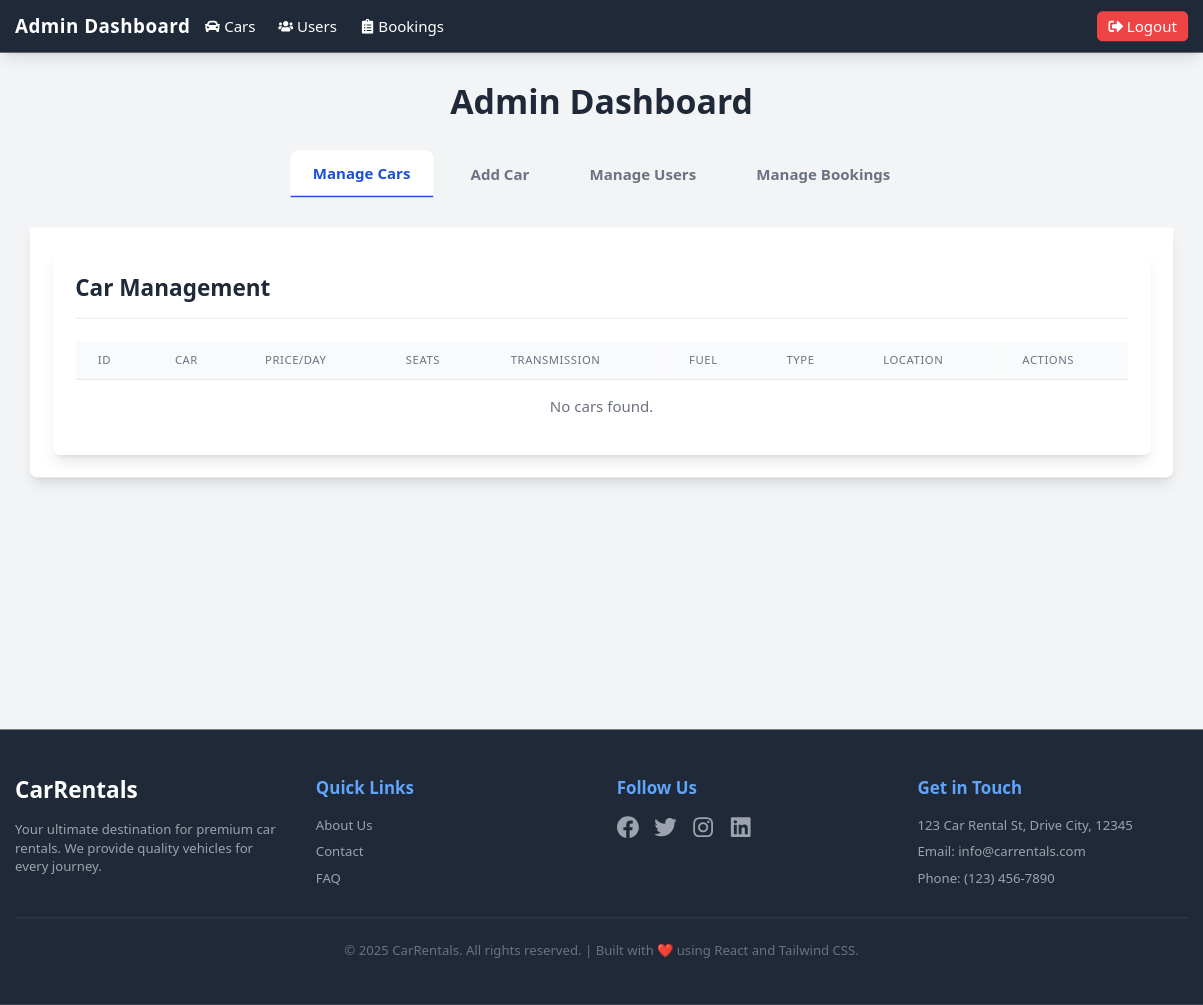
Repository: Daehy-peels/car-rental-app
Page: /admin (app in client/)
The author's editor kept a copy of each file at every save. The page is drawn from the files as they stood at one save, then again after the next save.
The browser window is 1280 px wide. The pictures show the whole page, at 94% of full size.
The page's requests for data from a server got no answer. The project was rebuilt for these pictures with package versions that can differ from the ones it lists, and the page was loaded fresh each time. No one was signed in, and anything a server would have sent is missing. Also part of the build but not shown: client/vite.config.js, client/src/components/Hero.jsx, client/src/components/CarCard.jsx, client/src/components/FeaturedCars.jsx, client/src/components/Testimonials.jsx, client/src/components/CallToAction.jsx, client/src/pages/HomePage.jsx, client/src/components/UserList.jsx and 14 more.

Above is the page before, as saved 2025-08-25 12:32:32.

### client/src/main.jsx
// src/main.jsx
import React from "react";
import ReactDOM from "react-dom/client";
import App from "./App.jsx";
import { BrowserRouter } from "react-router-dom";

ReactDOM.createRoot(document.getElementById("root")).render(
  <React.StrictMode>
    <BrowserRouter>
      <App />
    </BrowserRouter>
  </React.StrictMode>
);

### client/src/App.jsx
// src/App.jsx
import React, { useState } from "react";
import { Routes, Route, useLocation } from "react-router-dom";
import HomePage from "./pages/HomePage";
import AdminDashboard from "./pages/AdminDashboard";
import BookingPage from "./pages/BookingPage";
import CarsPage from "./pages/CarsPage";
import ProfilePage from "./pages/ProfilePage";
import BookingDetailPage from "./pages/BookingDetailPage";
import CarDetailPage from "./pages/CarDetailPage";
import Navbar from "./components/Navbar";
import AdminNavbar from "./components/AdminNavbar";
import Footer from "./components/Footer";
import Modal from "./components/Modal";
import LoginForm from "./components/LoginForm";
import RegisterForm from "./components/RegisterForm";
import mainCarImage from "./assets/hero.jpg";
import { ToastContainer } from "react-toastify";
import "react-toastify/dist/ReactToastify.css";
import "./index.css";

function App() {
  const [showAuthModal, setShowAuthModal] = useState(false);
  const [isLoginView, setIsLoginView] = useState(true);
  const [currentUser, setCurrentUser] = useState(null);
  const location = useLocation();

  // Check if the current path is an admin route
  const isAdminRoute = location.pathname.startsWith("/admin");

  const handleOpenAuthModal = () => {
    setShowAuthModal(true);
  };

  const handleCloseAuthModal = () => {
    setShowAuthModal(false);
  };

  const handleLoginSuccess = (user) => {
    setCurrentUser(user);
    setShowAuthModal(false);
  };

  const handleRegistrationSuccess = (user) => {
    setIsLoginView(true);
  };

  const handleLogout = () => {
    setCurrentUser(null);
  };

  return (
    <div className="flex flex-col min-h-screen bg-background">
      {/* Conditionally render the navbar */}
      {isAdminRoute ? (
        <AdminNavbar currentUser={currentUser} onLogout={handleLogout} />
      ) : (
        <Navbar
          onAuthClick={handleOpenAuthModal}
          currentUser={currentUser}
          onLogout={handleLogout}
        />
      )}
      <div className="flex-grow">
        <Routes>
          <Route
            path="/"
            element={
              <HomePage
                onAuthClick={handleOpenAuthModal}
                currentUser={currentUser}
              />
            }
          />
          <Route
            path="/cars"
            element={
              <CarsPage
                onAuthClick={handleOpenAuthModal}
                currentUser={currentUser}
              />
            }
          />
          <Route
            path="/cars/:carId"
            element={
              <CarDetailPage
                onAuthClick={handleOpenAuthModal}
                currentUser={currentUser}
              />
            }
          />
          <Route
            path="/book/:carId"
            element={<BookingPage currentUser={currentUser} />}
          />
          <Route
            path="/profile"
            element={
              <ProfilePage
                currentUser={currentUser}
                setCurrentUser={setCurrentUser}
              />
            }
          />
          <Route
            path="/profile/bookings/:bookingId"
            element={<BookingDetailPage currentUser={currentUser} />}
          />
          <Route
            path="/admin"
            element={<AdminDashboard currentUser={currentUser} />}
          />
        </Routes>
      </div>
      <Footer />
      {showAuthModal && (
        <Modal onClose={handleCloseAuthModal}>
          <div className="flex flex-col md:flex-row bg-white rounded-lg overflow-hidden">
            <div className="p-8 md:p-10 w-full md:w-1/2 flex items-center justify-center">
              <div className="max-w-md mx-auto">
                <h1 className="text-3xl font-bold text-text mb-6 text-center">
                  {isLoginView ? "Log In" : "Create an Account"}
                </h1>
                {isLoginView ? (
                  <LoginForm onLoginSuccess={handleLoginSuccess} />
                ) : (
                  <RegisterForm
                    onRegistrationSuccess={handleRegistrationSuccess}
                  />
                )}
                <div className="text-center mt-6">
                  <button
                    onClick={() => setIsLoginView(!isLoginView)}
                    className="text-primary hover:underline"
                  >
                    {isLoginView
                      ? "Need an account? Register here."
                      : "Already have an account? Log in here."}
                  </button>
                </div>
              </div>
            </div>
            <div className="hidden md:block md:w-1/2">
              <img
                src={mainCarImage}
                alt="A stylish car"
                className="object-cover w-full h-full"
              />
            </div>
          </div>
        </Modal>
      )}
      <ToastContainer
        position="top-center"
        autoClose={3000}
        hideProgressBar={false}
        newestOnTop={false}
        closeOnClick
        rtl={false}
        pauseOnFocusLoss
        draggable
        pauseOnHover
      />
    </div>
  );
}

export default App;

### client/src/pages/AdminDashboard.jsx
// src/pages/AdminDashboard.jsx
import React, { useState } from "react";
import UserList from "../components/UserList";
import CarList from "../components/CarList";
import AddCarForm from "../components/AddCarForm";
import BookingList from "../components/BookingList"; // Import the new component

const AdminDashboard = () => {
  const [activeTab, setActiveTab] = useState("cars");

  const renderContent = () => {
    switch (activeTab) {
      case "cars":
        return <CarList />;
      case "addCar":
        return <AddCarForm />;
      case "users":
        return <UserList />;
      case "bookings": // New case for bookings
        return <BookingList />;
      default:
        return null;
    }
  };

  return (
    <div className="bg-gray-100 min-h-screen p-8">
      <div className="container mx-auto">
        <h1 className="text-4xl font-bold text-center text-gray-800 mb-8">
          Admin Dashboard
        </h1>

        {/* Tab Navigation */}
        <div className="flex justify-center space-x-4 mb-8">
          <button
            onClick={() => setActiveTab("cars")}
            className={`py-3 px-6 rounded-t-lg font-semibold transition-colors ${
              activeTab === "cars"
                ? "bg-white text-primary border-b-2 border-primary"
                : "text-gray-500 hover:text-gray-700"
            }`}
          >
            Manage Cars
          </button>
          <button
            onClick={() => setActiveTab("addCar")}
            className={`py-3 px-6 rounded-t-lg font-semibold transition-colors ${
              activeTab === "addCar"
                ? "bg-white text-primary border-b-2 border-primary"
                : "text-gray-500 hover:text-gray-700"
            }`}
          >
            Add Car
          </button>
          <button
            onClick={() => setActiveTab("users")}
            className={`py-3 px-6 rounded-t-lg font-semibold transition-colors ${
              activeTab === "users"
                ? "bg-white text-primary border-b-2 border-primary"
                : "text-gray-500 hover:text-gray-700"
            }`}
          >
            Manage Users
          </button>
          <button
            onClick={() => setActiveTab("bookings")} // New button for bookings
            className={`py-3 px-6 rounded-t-lg font-semibold transition-colors ${
              activeTab === "bookings"
                ? "bg-white text-primary border-b-2 border-primary"
                : "text-gray-500 hover:text-gray-700"
            }`}
          >
            Manage Bookings
          </button>
        </div>

        {/* Content based on active tab */}
        <div className="bg-white rounded-b-lg shadow-lg p-6">
          {renderContent()}
        </div>
      </div>
    </div>
  );
};

export default AdminDashboard;

### client/src/components/AdminNavbar.jsx
// src/components/AdminNavbar.jsx
import React from "react";
import { Link, NavLink } from "react-router-dom";
import { FaCar, FaUsers, FaClipboardList, FaSignOutAlt } from "react-icons/fa";

const AdminNavbar = ({ currentUser, onLogout }) => {
  return (
    <nav className="bg-gray-800 text-white shadow-lg sticky top-0 z-50">
      <div className="container mx-auto px-4 py-3 flex justify-between items-center">
        <div className="flex items-center space-x-4">
          <Link to="/admin" className="text-xl font-bold tracking-wide">
            Admin Dashboard
          </Link>
          <div className="hidden md:flex items-center space-x-6">
            <NavLink
              to="/admin/cars"
              className={({ isActive }) =>
                `flex items-center space-x-1 hover:text-primary transition-colors ${
                  isActive ? "text-primary" : ""
                }`
              }
            >
              <FaCar />
              <span>Cars</span>
            </NavLink>
            <NavLink
              to="/admin/users"
              className={({ isActive }) =>
                `flex items-center space-x-1 hover:text-primary transition-colors ${
                  isActive ? "text-primary" : ""
                }`
              }
            >
              <FaUsers />
              <span>Users</span>
            </NavLink>
            <NavLink
              to="/admin/bookings"
              className={({ isActive }) =>
                `flex items-center space-x-1 hover:text-primary transition-colors ${
                  isActive ? "text-primary" : ""
                }`
              }
            >
              <FaClipboardList />
              <span>Bookings</span>
            </NavLink>
          </div>
        </div>
        <div className="flex items-center space-x-4">
          <span className="text-sm font-medium text-gray-300">
            {currentUser?.username}
          </span>
          <button
            onClick={onLogout}
            className="flex items-center space-x-1 bg-red-500 hover:bg-red-600 px-3 py-1 rounded-md transition-colors"
          >
            <FaSignOutAlt />
            <span>Logout</span>
          </button>
        </div>
      </div>
    </nav>
  );
};

export default AdminNavbar;

### client/src/components/Footer.jsx
// src/components/Footer.jsx
import React from "react";
import { FaFacebook, FaTwitter, FaInstagram, FaLinkedin } from "react-icons/fa";

const Footer = () => {
  return (
    // Removed the mt-12 class
    <footer className="bg-text text-white py-12">
      <div className="container mx-auto px-4 text-center md:text-left">
        <div className="grid grid-cols-1 md:grid-cols-4 gap-8">
          {/* Logo and About Section */}
          <div className="col-span-1">
            <p className="text-2xl font-bold mb-4">CarRentals</p>
            <p className="text-sm text-gray-400">
              Your ultimate destination for premium car rentals. We provide
              quality vehicles for every journey.
            </p>
          </div>

          {/* Quick Links */}
          <div className="col-span-1">
            <h4 className="text-lg font-semibold mb-4 text-accent">
              Quick Links
            </h4>
            <ul className="space-y-2 text-sm">
              <li>
                <a
                  href="#"
                  className="text-gray-400 hover:text-white transition-colors"
                >
                  About Us
                </a>
              </li>
              <li>
                <a
                  href="#"
                  className="text-gray-400 hover:text-white transition-colors"
                >
                  Contact
                </a>
              </li>
              <li>
                <a
                  href="#"
                  className="text-gray-400 hover:text-white transition-colors"
                >
                  FAQ
                </a>
              </li>
            </ul>
          </div>

          {/* Social Media Links */}
          <div className="col-span-1">
            <h4 className="text-lg font-semibold mb-4 text-accent">
              Follow Us
            </h4>
            <div className="flex justify-center md:justify-start space-x-4">
              <a
                href="#"
                className="text-gray-400 hover:text-white transition-colors transform hover:scale-110"
              >
                <FaFacebook size={24} />
              </a>
              <a
                href="#"
                className="text-gray-400 hover:text-white transition-colors transform hover:scale-110"
              >
                <FaTwitter size={24} />
              </a>
              <a
                href="#"
                className="text-gray-400 hover:text-white transition-colors transform hover:scale-110"
              >
                <FaInstagram size={24} />
              </a>
              <a
                href="#"
                className="text-gray-400 hover:text-white transition-colors transform hover:scale-110"
              >
                <FaLinkedin size={24} />
              </a>
            </div>
          </div>

          {/* Contact Info */}
          <div className="col-span-1">
            <h4 className="text-lg font-semibold mb-4 text-accent">
              Get in Touch
            </h4>
            <p className="text-sm text-gray-400">
              123 Car Rental St, Drive City, 12345
            </p>
            <p className="text-sm text-gray-400 mt-2">
              Email: info@carrentals.com
            </p>
            <p className="text-sm text-gray-400 mt-2">Phone: (123) 456-7890</p>
          </div>
        </div>

        <div className="border-t border-gray-700 mt-8 pt-6">
          <p className="text-sm text-gray-500 text-center">
            &copy; {new Date().getFullYear()} CarRentals. All rights reserved. |
            Built with ❤️ using React and Tailwind CSS.
          </p>
        </div>
      </div>
    </footer>
  );
};

export default Footer;

### client/src/index.css
/* client/src/index.css */
@tailwind base;
@tailwind components;
@tailwind utilities;

Loaded but not shown: client/index.html (common file); client/src/services/api.js (336 lines, source omitted); client/tailwind.config.js (63 lines, source omitted); client/src/components/CarList.jsx (269 lines, source omitted)

After the next save:
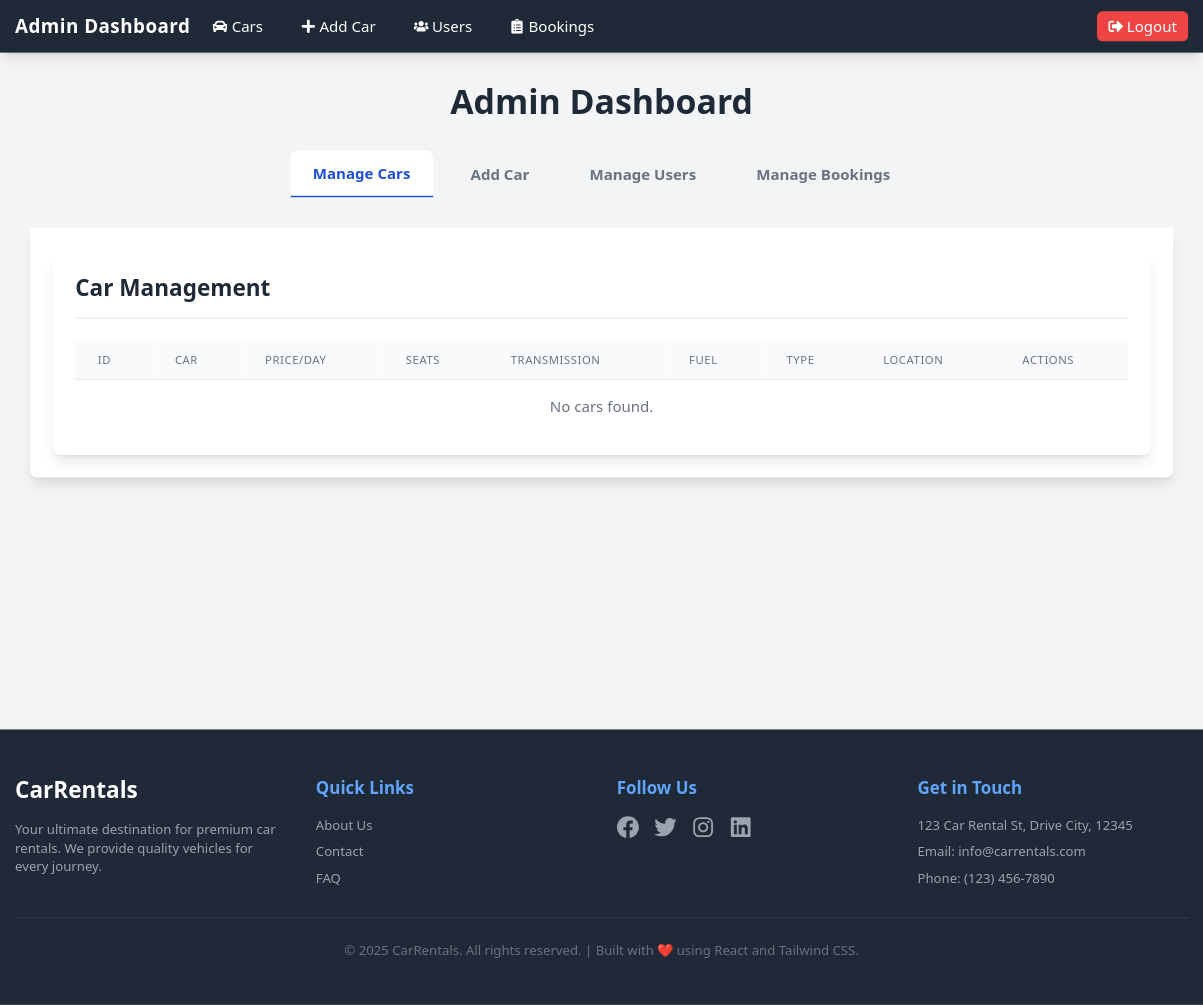
Saved 4 min 52 s later.
--- a/client/src/components/AdminNavbar.jsx
+++ b/client/src/components/AdminNavbar.jsx
@@ -1,22 +1,33 @@
 // src/components/AdminNavbar.jsx
 import React from "react";
 import { Link, NavLink } from "react-router-dom";
-import { FaCar, FaUsers, FaClipboardList, FaSignOutAlt } from "react-icons/fa";
+import {
+  FaCar,
+  FaUsers,
+  FaClipboardList,
+  FaSignOutAlt,
+  FaPlus,
+} from "react-icons/fa";
 
 const AdminNavbar = ({ currentUser, onLogout }) => {
   return (
     <nav className="bg-gray-800 text-white shadow-lg sticky top-0 z-50">
       <div className="container mx-auto px-4 py-3 flex justify-between items-center">
         <div className="flex items-center space-x-4">
-          <Link to="/admin" className="text-xl font-bold tracking-wide">
+          <Link
+            to="/admin"
+            className="text-xl font-bold tracking-wide hover:text-primary transition-colors"
+          >
             Admin Dashboard
           </Link>
           <div className="hidden md:flex items-center space-x-6">
             <NavLink
               to="/admin/cars"
               className={({ isActive }) =>
-                `flex items-center space-x-1 hover:text-primary transition-colors ${
-                  isActive ? "text-primary" : ""
+                `flex items-center space-x-1 py-1 px-2 rounded-md transition-colors ${
+                  isActive
+                    ? "bg-gray-700 text-primary"
+                    : "text-white hover:bg-gray-700"
                 }`
               }
             >
@@ -24,10 +35,25 @@ const AdminNavbar = ({ currentUser, onLogout }) => {
               <span>Cars</span>
             </NavLink>
             <NavLink
+              to="/admin/add-car" // New link for adding cars
+              className={({ isActive }) =>
+                `flex items-center space-x-1 py-1 px-2 rounded-md transition-colors ${
+                  isActive
+                    ? "bg-gray-700 text-primary"
+                    : "text-white hover:bg-gray-700"
+                }`
+              }
+            >
+              <FaPlus />
+              <span>Add Car</span>
+            </NavLink>
+            <NavLink
               to="/admin/users"
               className={({ isActive }) =>
-                `flex items-center space-x-1 hover:text-primary transition-colors ${
-                  isActive ? "text-primary" : ""
+                `flex items-center space-x-1 py-1 px-2 rounded-md transition-colors ${
+                  isActive
+                    ? "bg-gray-700 text-primary"
+                    : "text-white hover:bg-gray-700"
                 }`
               }
             >
@@ -37,8 +63,10 @@ const AdminNavbar = ({ currentUser, onLogout }) => {
             <NavLink
               to="/admin/bookings"
               className={({ isActive }) =>
-                `flex items-center space-x-1 hover:text-primary transition-colors ${
-                  isActive ? "text-primary" : ""
+                `flex items-center space-x-1 py-1 px-2 rounded-md transition-colors ${
+                  isActive
+                    ? "bg-gray-700 text-primary"
+                    : "text-white hover:bg-gray-700"
                 }`
               }
             >
